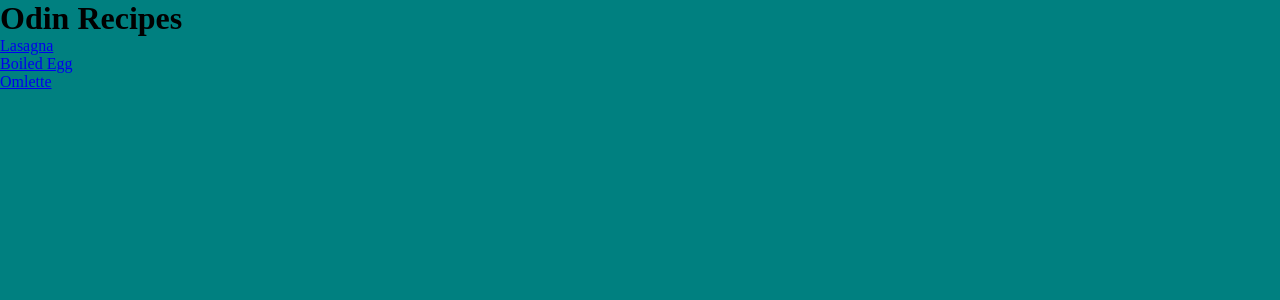
Repository: Pafestivo/odin-recipes
Page: index.html
The author's editor kept a copy of each file at every save. The page is drawn from the files as they stood at one save, then again after the next save.
The browser window is 1280 px wide. The pictures show the whole page.

Above is the page before, as saved 2022-09-24 12:23:13.

### index.html
<!DOCTYPE html>
<html lang="en">
<head>
    <meta charset="UTF-8">
    <meta name="viewport" content="width=device-width, initial-scale=1.0">
    <link rel="stylesheet" href="css/styles.css">
    <title>Odin Recipes</title>
</head>
<body>
    <div class="container">
        <div class="inner">
            <h1>Odin Recipes</h1>
            <ul>
                <li><a href="recipes/lasagna.html">Lasagna</a></li>
                <li><a href="recipes/boiled-egg.html">Boiled Egg</a></li>
                <li><a href="recipes/omlette.html">Omlette</a></li>
            </ul>
        </div>
    </div>
</body>
</html>

### css/styles.css
* {
  box-sizing: border-box;
  padding: 0;
  margin: 0;
}

body {
  font-family: serif;
  background-color: #008080;
}

After the next save:
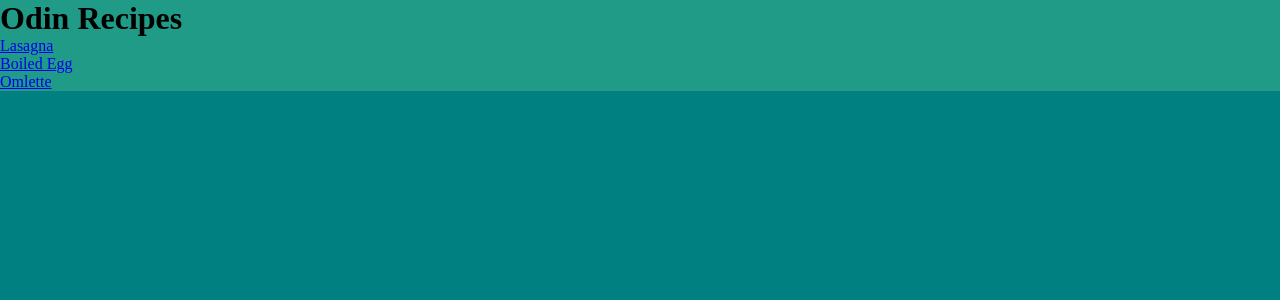
Saved 26 s later.
--- a/css/styles.css
+++ b/css/styles.css
@@ -8,3 +8,7 @@ body {
   font-family: serif;
   background-color: #008080;
 }
+
+.container {
+  background-color: #209B87;
+}
